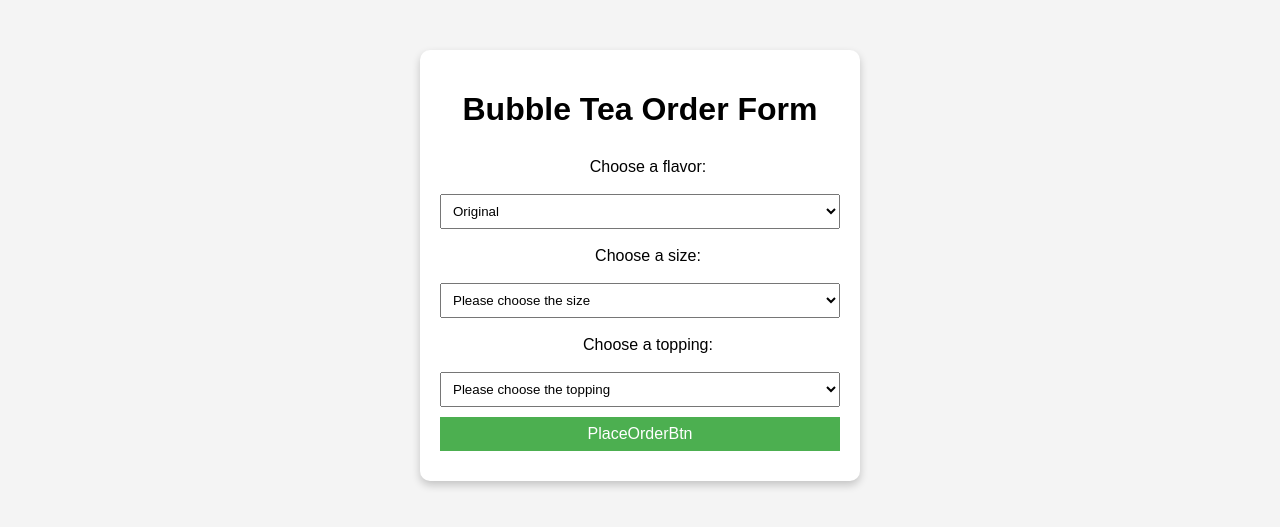
Repository: liulian26/CS5610
Page: lab3/index.html
An editor plug-in stored every save of this project. The page is shown before and after the next save, followed by the edit.
The browser window is 1280 px wide. The pictures show the whole page.

Above is the page before, as saved 2025-01-30 19:49:29.

After the next save:
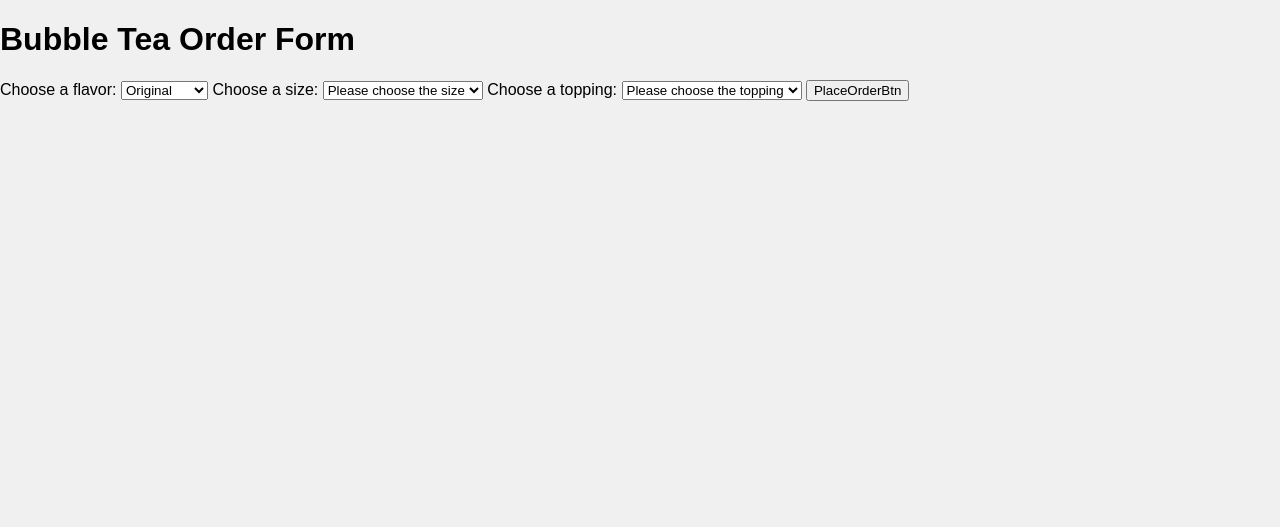
Saved 37 s later.
--- a/lab3/css/styles.css
+++ b/lab3/css/styles.css
@@ -1,37 +1,6 @@
-/* 页面背景 */
-body {
+body{
+    background-color: #f0f0f0;
     font-family: Arial, sans-serif;
-    background-color: #f4f4f4;
-    text-align: center;
+    margin: 0;
+    padding: 0;
 }
-
-/* 订单表单样式 */
-form {
-    background-color: #fff;
-    padding: 20px;
-    border-radius: 10px; /* 圆角 */
-    box-shadow: 0px 4px 8px rgba(0, 0, 0, 0.2); /* 添加阴影 */
-    max-width: 400px;
-    margin: 50px auto; /* 居中 */
-}
-
-/* 表单元素间距 */
-label, select, button {
-    display: block;
-    width: 100%;
-    margin: 10px 0;
-    padding: 8px;
-}
-
-/* 按钮样式 */
-button {
-    background-color: #4CAF50;
-    color: white;
-    border: none;
-    cursor: pointer;
-    font-size: 16px;
-}
-
-button:hover {
-    background-color: #45a049;
-}
